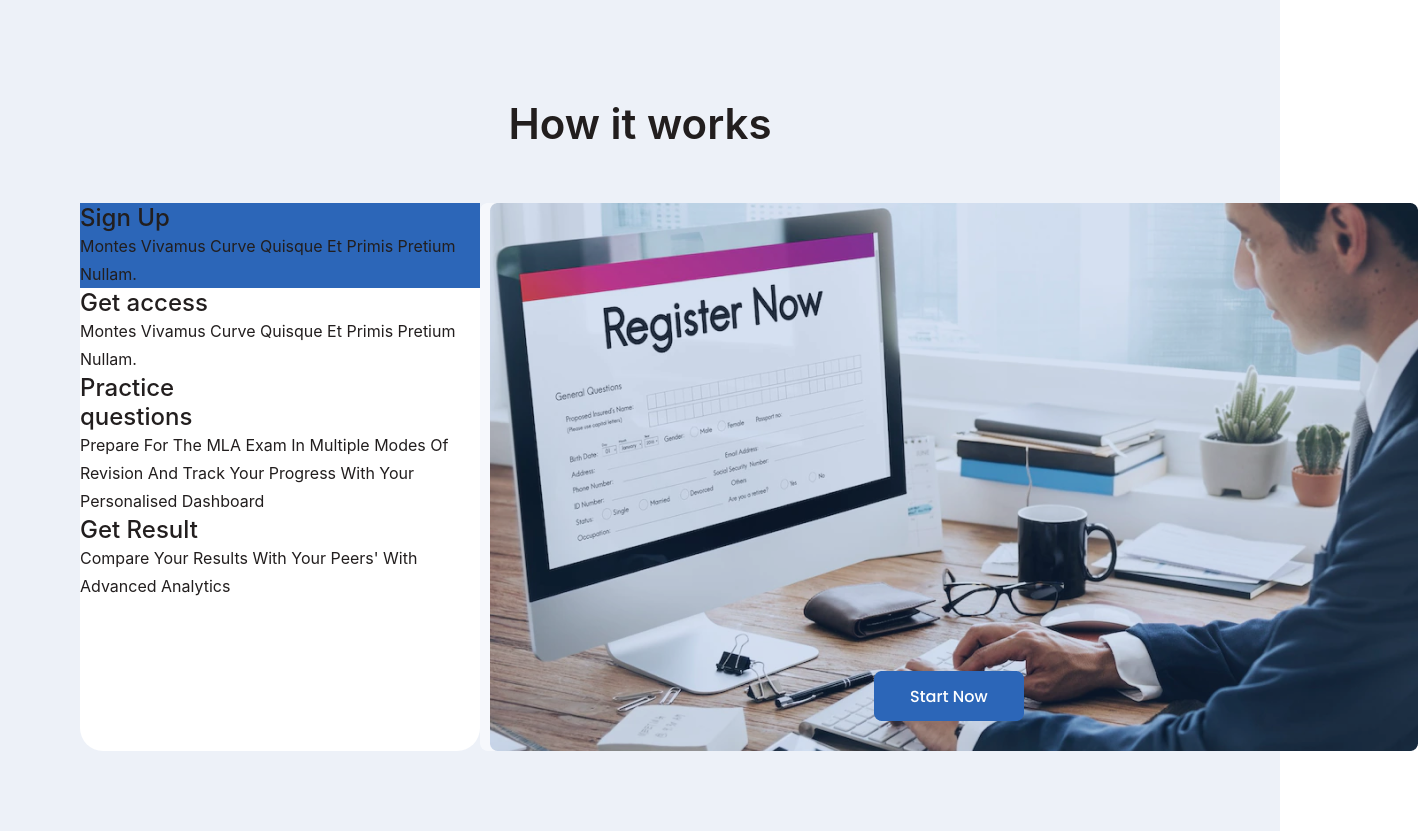
Repository: FaridRustamov09/Final-Task
Page: Pages/aboutPage/index.html
The author's editor kept a copy of each file at every save. The page is drawn from the files as they stood at one save, then again after the next save.
The browser window is 1280 px wide. The page is 1418 px wide, so the pictures cover 1418 px, including what lies to the right of the window. The pictures show the whole page.
The style sheet was rebuilt from its Sass, Less or Tailwind sources for each picture, by a compiler version that may differ from the author's.

Above is the page before, as saved 2024-07-14 20:28:59.

After the next save:
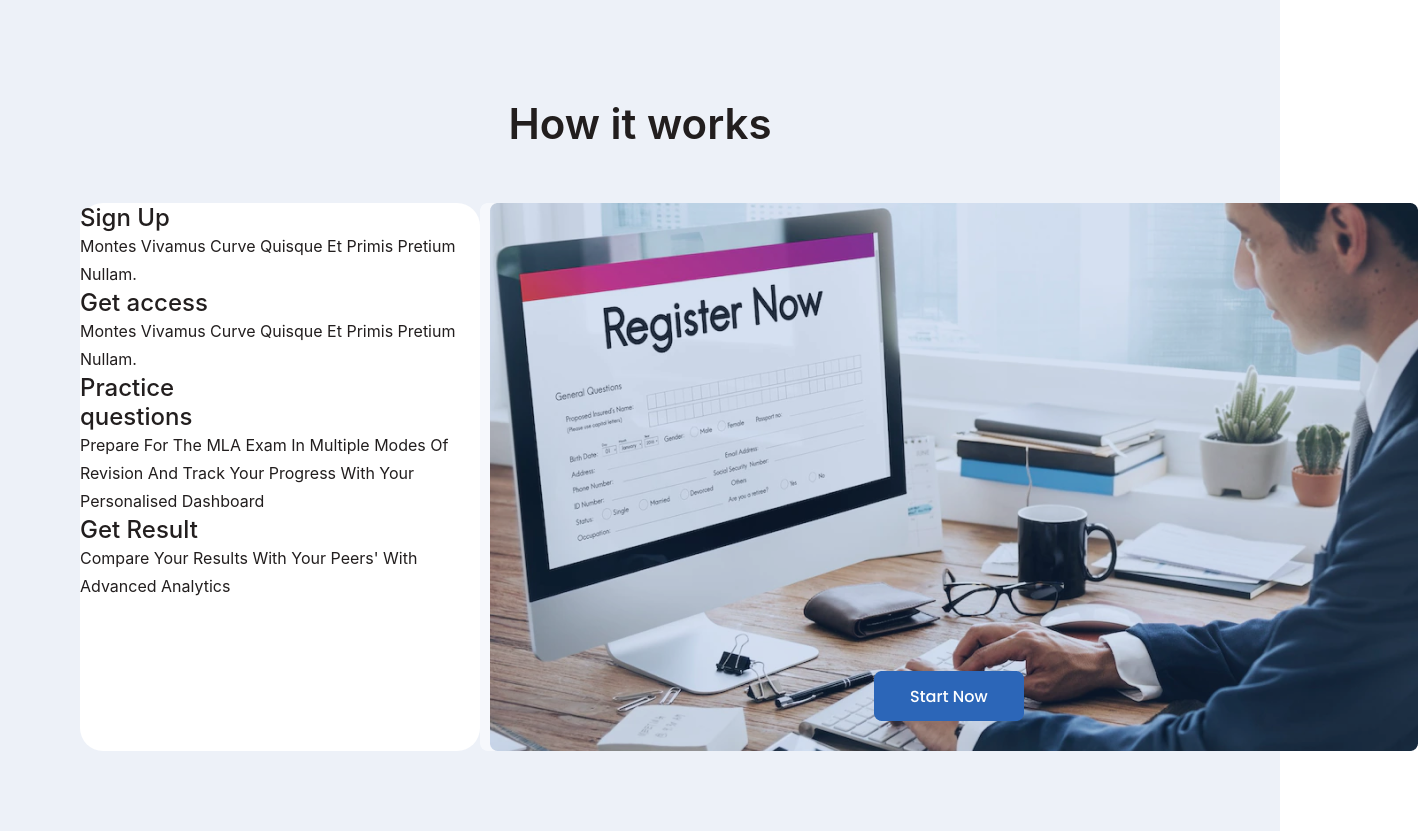
Saved 7 s later.
--- a/Pages/aboutPage/index.scss
+++ b/Pages/aboutPage/index.scss
@@ -22,11 +22,6 @@
         width: 484px;
         border-radius: 23px;
         background: #fff;
-        .blue {
-
-          background: var(--blue-link, #2c66b8);
-
-        }
         li {
             list-style-type: none;
           h2 {
